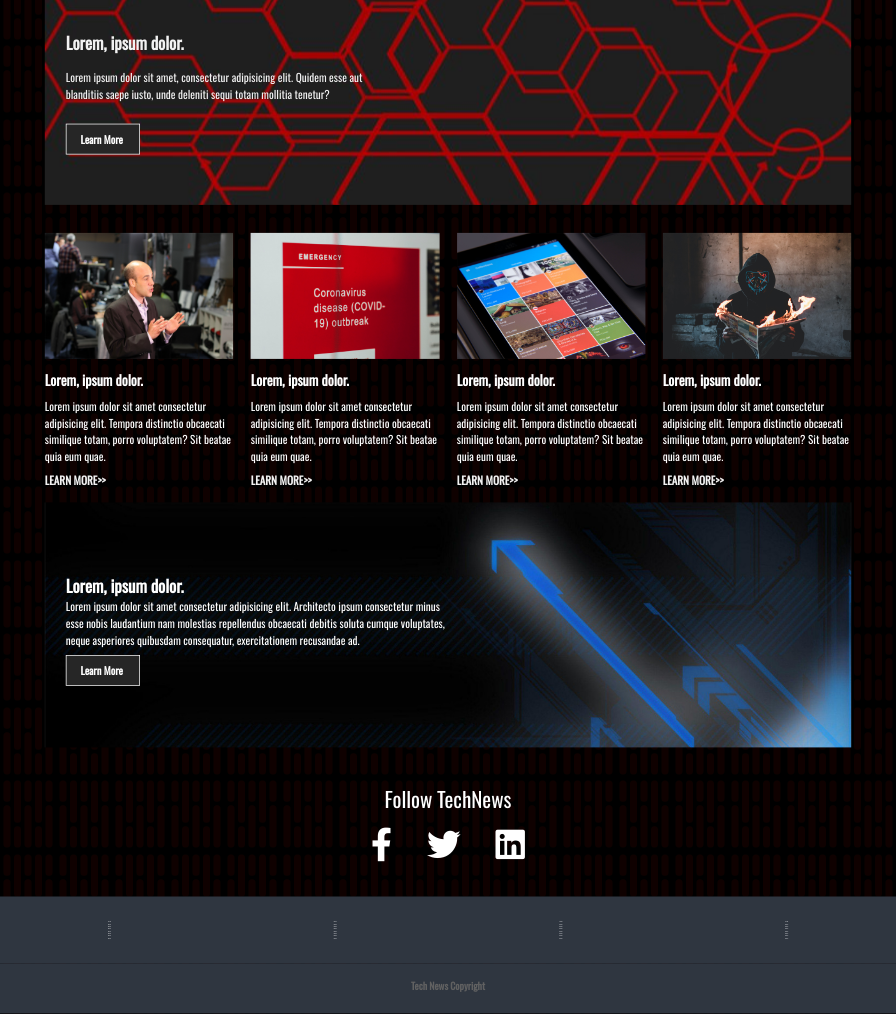
Repository: NickArregoces/News_Web
Page: index.html
These files come from the project's save history. The page is drawn as it stood at one moment and after the next save; the edit follows.
The browser window is 1280 px wide. The pictures show the part of the page from y = 1094 to 3014 px (the page is 2542 px tall before and 3014 px after), at 70% of full size.

Above is the page before, as saved 2021-12-24 21:20:24.

### index.html
<!DOCTYPE html>
<html lang="en">
<head>
    <meta charset="UTF-8">
    <meta http-equiv="X-UA-Compatible" content="IE=edge">
    <meta name="viewport" content="width=device-width, initial-scale=1.0">
    <title>TechNews</title>
    <!--FONT AWESOME-->
    <link rel="stylesheet" href="https://cdnjs.cloudflare.com/ajax/libs/font-awesome/6.0.0-beta3/css/all.min.css">

    <link rel="stylesheet" href="style.Css">
    <!--Oswald FONTS-->
    <link rel="preconnect" href="https://fonts.googleapis.com">
<link rel="preconnect" href="https://fonts.gstatic.com" crossorigin>
<link href="https://fonts.googleapis.com/css2?family=Oswald:wght@200;300;400&display=swap" rel="stylesheet">
</head>
<body>


    <div class="menu-btn">
        <i class="fas fa-bars fa-2x" ></i><!---fa-2x doble del tamañp-->

    </div>

    <div class="container">

        <nav class ="nav-main">
            <img src="img/brand.png" alt="" class="nav-brand">

            <ul class="nav-menu show">
                <li>
                    <a href="#">Web Development</a>
                </li>
                <li>
                    <a href="#">blochain</a>
                </li>
                <li>
                    <a href="#">Artificial Intelligence</a>
                </li>
                <li>
                    <a href="#">Machine Learning</a>
                </li>
                <li>
                    <a href="#">Quantum Computing</a>
                </li>
                <li>
                    <a href="#">Startup</a>
                </li>
                <li>
                    <a href="#">More</a>
                </li>
            </ul>
            <ul class="nav-menu-right">
                <li>
                    <a href="">
                        <i class="fas fa-search"></i>
                    </a>
                </li>
            </ul>
        </nav>
        <hr> <!--Crea una linea -->


        <!--Showcase=Imagen pricnipal-->
        <header class="showcase">
            <h2>Big News Today</h2>
            <p>Lorem ipsum dolor sit, amet consectetur adipisicing elit. A laboriosam eaque, praesentium suscipit velit harum cupiditate unde corrupti vitae, asperiores beatae quae. Minima veritatis quas blanditiis et assumenda aperiam voluptatum!</p>
        <!--lorem30 te crea 30 palabras-->
            <a class="btn" href="#">Read More>> <i class="fas fa-angles-double-right"></i></a>
        </header>

        <!--NEWS CARDS(COLUMNAS)-->
        <div class="news-cards">
            <div class="">
                <img src="img/news1.jpg" alt="News 1">
                <h3>Lorem, ipsum dolor.</h3>
                <p>Lorem ipsum dolor sit amet consectetur adipisicing elit. Tempora distinctio obcaecati similique totam, porro voluptatem? Sit beatae quia eum quae.</p>
                <a href="">Learn More>><i class="fas fa-amgle-dpuble-right"></i></a>
            </div>
            <div class="">
                <img src="img/news2.jpg" alt="News 2">
                <h3>Lorem, ipsum dolor.</h3>
                <p>Lorem ipsum dolor sit amet consectetur adipisicing elit. Tempora distinctio obcaecati similique totam, porro voluptatem? Sit beatae quia eum quae.</p>
                <a href="">Learn More>><i class fas fa-amgle-dpuble-right></i></a>
            </div>
            <div class="">
                <img src="img/news3.jpg" alt="News 3">
                <h3>Lorem, ipsum dolor.</h3>
                <p>Lorem ipsum dolor sit amet consectetur adipisicing elit. Tempora distinctio obcaecati similique totam, porro voluptatem? Sit beatae quia eum quae.</p>
                <a href="">Learn More>><i class="fas fa-amgle-dpuble-right" ></i></a>
            </div>
            <div class="">
                <img src="img/news4.jpg" alt="News 4">
                <h3>Lorem, ipsum dolor.</h3>
                <p>Lorem ipsum dolor sit amet consectetur adipisicing elit. Tempora distinctio obcaecati similique totam, porro voluptatem? Sit beatae quia eum quae.</p>
                <a href="">Learn More>><i class="fas fa-amgle-dpuble-right"></i></a>
            </div>
        </div>

        <div>

            <section class="cards-banner-one">
                <div class="content">
                    <h2>Lorem, ipsum dolor.</h2>
                    <p>Lorem ipsum dolor sit amet, consectetur adipisicing elit. Quidem esse aut blanditiis saepe iusto, unde deleniti sequi totam mollitia tenetur?</p>
                    <a href="#" class="btn">Learn More <i class="fas fa-amgle-dpuble-right"></i></a>
                </div>

            </section>

            <!--NEWS CARDS(COLUMNAS)-->
        <div class="news-cards">
            <div class="">
                <img src="img/news1.jpg" alt="News 1">
                <h3>Lorem, ipsum dolor.</h3>
                <p>Lorem ipsum dolor sit amet consectetur adipisicing elit. Tempora distinctio obcaecati similique totam, porro voluptatem? Sit beatae quia eum quae.</p>
                <a href="">Learn More>><i class="fas fa-amgle-dpuble-right"></i></a>
            </div>
            <div class="">
                <img src="img/news2.jpg" alt="News 2">
                <h3>Lorem, ipsum dolor.</h3>
                <p>Lorem ipsum dolor sit amet consectetur adipisicing elit. Tempora distinctio obcaecati similique totam, porro voluptatem? Sit beatae quia eum quae.</p>
                <a href="">Learn More>><i class fas fa-amgle-dpuble-right></i></a>
            </div>
            <div class="">
                <img src="img/news3.jpg" alt="News 3">
                <h3>Lorem, ipsum dolor.</h3>
                <p>Lorem ipsum dolor sit amet consectetur adipisicing elit. Tempora distinctio obcaecati similique totam, porro voluptatem? Sit beatae quia eum quae.</p>
                <a href="">Learn More>><i class="fas fa-amgle-dpuble-right" ></i></a>
            </div>
            <div class="">
                <img src="img/news4.jpg" alt="News 4">
                <h3>Lorem, ipsum dolor.</h3>
                <p>Lorem ipsum dolor sit amet consectetur adipisicing elit. Tempora distinctio obcaecati similique totam, porro voluptatem? Sit beatae quia eum quae.</p>
                <a href="">Learn More>><i class="fas fa-amgle-dpuble-right"></i></a>
            </div>
        </div>

        <section class="cards-banner-two">
            <div class="content">
                <h2>Lorem, ipsum dolor.</h2>
                <p>Lorem ipsum dolor sit amet consectetur adipisicing elit. Architecto ipsum consectetur minus esse nobis laudantium nam molestias repellendus obcaecati debitis soluta cumque voluptates, neque asperiores quibusdam consequatur, exercitationem recusandae ad.</p>
                <a href="#" class="btn">Learn More <i class="fas fa-angles-double-right"></i> </a>
            </div>
        </section>

        <section class="social">

                <p> Follow TechNews</p>
                <div class="links">
                    <a href="#"><!--Se crean lo iconos automaticamente-->
                        <i class="fab fa-facebook-f"></i>
                    </a>
                <a href="#">
                    <i class="fab fa-twitter"></i>
                </a>
                <a href="#">
                    <i class="fab fa-linkedin"></i>
                </a>

                </div>

        </section>

        </div>

    </div>

    <div class="footer-links">
        <div class="footer-container">
            <ul>
                <li>
                    <a href="#">
                        <h3>TITLE ONE</h3>
                    </a>
                </li>
                <li>
                    <a href="#">
                        <h3>Blokchain</h3>
                    </a>
                </li>
                <li>
                    <a href="#">
                        <h3>Blokchain</h3>
                    </a>
                </li>
                <li>
                    <a href="#">
                        <h3>Blokchain</h3>
                    </a>
                </li>
                <li>
                    <a href="#">
                        <h3>Blokchain</h3>
                    </a>
                </li>
                <li>
                    <a href="#">
                        <h3>Blokchain</h3>
                    </a>
                </li>
                <li>
                    <a href="#">
                        <h3>Blokchain</h3>
                    </a>
                </li>
                <li>
                    <a href="#">
                        <h3>Blokchain</h3>
                    </a>
                </li>
            </ul>

            <ul>
                <li>
                    <a href="#">
                        <h3>TITLE ONE</h3>
                    </a>
                </li>
                <li>
                    <a href="#">
                        <h3>Blokchain</h3>
                    </a>
                </li>
                <li>
                    <a href="#">
                        <h3>Blokchain</h3>
                    </a>
                </li>
                <li>
                    <a href="#">
                        <h3>Blokchain</h3>
                    </a>
                </li>
                <li>
                    <a href="#">
                        <h3>Blokchain</h3>
                    </a>
                </li>
                <li>
                    <a href="#">
                        <h3>Blokchain</h3>
                    </a>
                </li>
                <li>
                    <a href="#">
                        <h3>Blokchain</h3>
                    </a>
                </li>
                <li>
                    <a href="#">
                        <h3>Blokchain</h3>
                    </a>
                </li>
            </ul>

            <ul>
                <li>
                    <a href="#">
                        <h3>TITLE ONE</h3>
                    </a>
                </li>
                <li>
                    <a href="#">
                        <h3>Blokchain</h3>
                    </a>
                </li>
                <li>
                    <a href="#">
                        <h3>Blokchain</h3>
                    </a>
                </li>
                <li>
                    <a href="#">
                        <h3>Blokchain</h3>
                    </a>
                </li>
                <li>
                    <a href="#">
                        <h3>Blokchain</h3>
                    </a>
                </li>
                <li>
                    <a href="#">
                        <h3>Blokchain</h3>
                    </a>
                </li>
                <li>
                    <a href="#">
                        <h3>Blokchain</h3>
                    </a>
                </li>
                <li>
                    <a href="#">
                        <h3>Blokchain</h3>
                    </a>
                </li>
            </ul>

            <ul>
                <li>
                    <a href="#">
                        <h3>TITLE ONE</h3>
                    </a>
                </li>
                <li>
                    <a href="#">
                        <h3>Blokchain</h3>
                    </a>
                </li>
                <li>
                    <a href="#">
                        <h3>Blokchain</h3>
                    </a>
                </li>
                <li>
                    <a href="#">
                        <h3>Blokchain</h3>
                    </a>
                </li>
                <li>
                    <a href="#">
                        <h3>Blokchain</h3>
                    </a>
                </li>
                <li>
                    <a href="#">
                        <h3>Blokchain</h3>
                    </a>
                </li>
                <li>
                    <a href="#">
                        <h3>Blokchain</h3>
                    </a>
                </li>
                <li>
                    <a href="#">
                        <h3>Blokchain</h3>
                    </a>
                </li>
            </ul>
        </div>
    </div>

    <footer class="footer">
        <h3>Tech News Copyright</h3>
    </footer>

    <script src="./main.js" ></script>
</body>
</html>

### style.Css
*{
    box-sizing: border-box;
    margin: 0;
    padding: 0;
}

body{
    background:#000000;
    color:#ffff;
    background-color: #000000;
    background-image: url("data:[embedded picture, 663 characters]");
    font-size: 16px;
    font-family: 'Oswald', sans-serif;
}

a{
    color: #ffff;
    text-decoration: none;
}

ul{
    list-style: none;
}
.container{
    width: 90%;/*responsive*/
    margin: auto;
    color: #ffff;/*MIO*/
}
/*Navigation*/
.nav-main{
    font-size: 17px;
    display: flex;/*Elememnto al lado de otro*/
    justify-content: space-between;
    align-items: center;
    height: 60px;
    padding: 20px 0px;
}
.nav-brand{
    width: 50px;
}

/*Nav Left*/
.nav-main ul{
    display:flex;
}

.nav-main ul li{
    padding: 10px;
}

.nav-main ul li a{
    padding: 6px;
}

.nav-main ul li a:hover {
    border-bottom: 2px solid #ffffff;
}
.nav-main ul.nav-menu{
    flex:1;
    margin-left: 20px;
}

.menu-btn {
    position: absolute;
    cursor: pointer;
    top: 15px;
    right: 30px;
    z-index: 2;
}

/*Showcase*/
hr{
    margin:10px 0px;
}
.showcase{
    width: 100%;
    height: 550px;
    /*Arreglar img */
    background: url(/img/showcase2.jpg) no-repeat center center/cover;
    padding: 50px;
    margin-bottom: 20px;/*Margen interna*/
    display:flex;
    flex-direction: column;
    align-items: center;/*centrar P*/
    justify-content: flex-end; /*p al final*/
}

.btn{
    cursor: pointer;
    display: inline-block;
    border: 0;
    font-weight: bold;
    padding: 10px 20px;
    background: #262626;
    color:#ffffff;
    font-size: 15px;
    border: 1px solid #ffff;
    margin:10px 0px;
}

.btn:hover{
    opacity: 0.7;
}

.showcase h2,
.showcase p{
    margin-bottom: 10px;
}

/*News CARS*/
.news-cards{
    display: grid;
    grid-template-columns: 1fr 1fr 1fr 1fr;/*4 columnas*/
    gap: 25px;/*espaciado card*/
    margin: 10px 0;
}

.news-cards img{
    width:100%;
    height:  180px;
}

.news-cards h3{
    font-size: 20px;
    margin:  10px 0;

}

.news-cards a{
    padding: 10px 0;
    color: #f2f2f2;
    text-transform: uppercase;
    display: inline-block;
    font-weight: bold;
}

.news-cards a:hover{
    text-decoration: underline; /*Line debajo*/
}

/*Cards-banner-one*/

.cards-banner-one {
    width: 100%;
    height: 350px;
    background: url(./img/tech-red.jpg) no-repeat center/cover;;
    margin-bottom: 40px;
}
.cards-banner-one .content{
    width: 40%;
    padding: 90px 0 0 30px;
    color: #f2f2f2;
}

.cards-banner-one p,
.cards-banner-one h2{
    margin: 10px 0 20px 0;
}

/*CARDS BANNER TWO*/

.cards-banner-two{
    background: url(./img/image-five.jpg) no-repeat center/cover;
    width: 100%;
    height: 350px;
}

.cards-banner-two .content{
    width: 50%;
    padding: 100px 0 0 30px;
}

/*Social*/
.social{
    margin: 50px;
}

.social p{
    text-align: center;
    font-size: 30px;
    margin-bottom: 20px;
}

.links{
    display: flex;
    align-items: center;
    justify-content: center;
}

.links a{
    margin: 0 25px;
}
.links a i{
    font-size: 3rem;
}

/*Footer-Links*/

.footer-links{
    background: #2f3640;
    color: #616161;
    font-size: 1px;
    padding: 35px 0;
}

.footer-container {
    display: grid;/*activa grid*/
    grid-template-columns: repeat(4, 1fr);
    gap: 10px;
    align-items: flex-start;
    justify-content: center;
}

.footer-container ul{
    margin:0 auto; /*Automaticamente margen separadas*/
}
.footer-container ul li{
    line-height: 2.8;
}

.footer{
    background: #2f3640;
    color: #616161;
    font-size: 12px;
    padding:20px 0;
    text-align: center;
    padding-bottom: 30px;
}

/*!RESPONSIVE*/
@media (max-width: 700px) {

    .nav-main ul.nav-menu{
        display: block; /*Los elementos de bajan en linea*/
        position: absolute;
        top: 0;
        left: 0;/*Para que quede al borde*/
        background: #2f3640;
        height: 100%;
        padding: 30px;
        opacity: .9;
        transform: translateX(-400px);/*se muestre el boton*/
        transition: transform .5s ease-in-out ;
    }

    .nav-main ul.nav-menu.show{
        transform: translateX(-20px);
    }

    .nav-main ul.nav-menu li{
        padding: 20px;
        /*border-bottom: #ccc solid 1px  para borde abajo*/
        font-size: 14px;
    }

    .nav-main ul.nav-menu-right{
        margin-right: 40px;
    }
    .news-cards {
        grid-template-columns: repeat(2, 1fr);
    }

    .cards-banner-one .content,
    .cards-banner-two .content{
        width: 80%;
    }

    .footer-links .footer-container{
        grid-template-columns: repeat(2, 1fr);
    }
}

@media (max-width: 500px) {
    .news-cards {
        grid-template-columns: 1fr;/* 1 columna*/
    }

    .news-cards img{
        height:  270px;
    }

    .cards-banner-two .content,
    .cards-banner-one .content{
        width: 100%;
        padding: 60px 20px;
    }

    .footer-links .footer-container{
        grid-template-columns: 1fr;
    }
}

### main.js
// boton
document.querySelector('.menu-btn').addEventListener('click', () => {// seleccionar un documento clase btn
    document.querySelector('.nav-menu').classList.toggle('show'); // claslist añadir o quitar la clase show
});

After the next save:
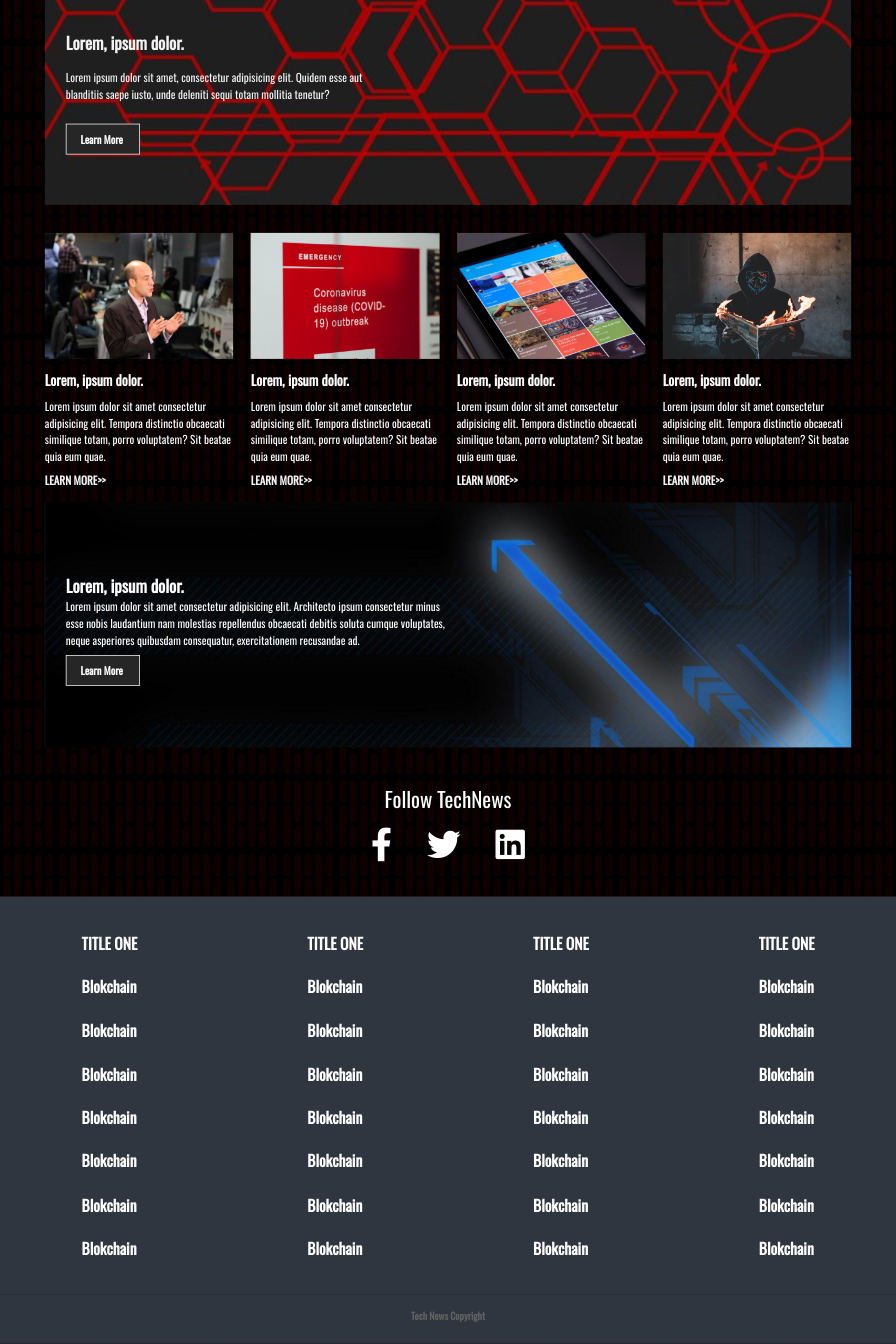
Saved 11 s later.
--- a/style.Css
+++ b/style.Css
@@ -199,7 +199,7 @@ hr{
 .footer-links{
     background: #2f3640;
     color: #616161;
-    font-size: 1px;
+    font-size: 19px;
     padding: 35px 0;
 }
 
